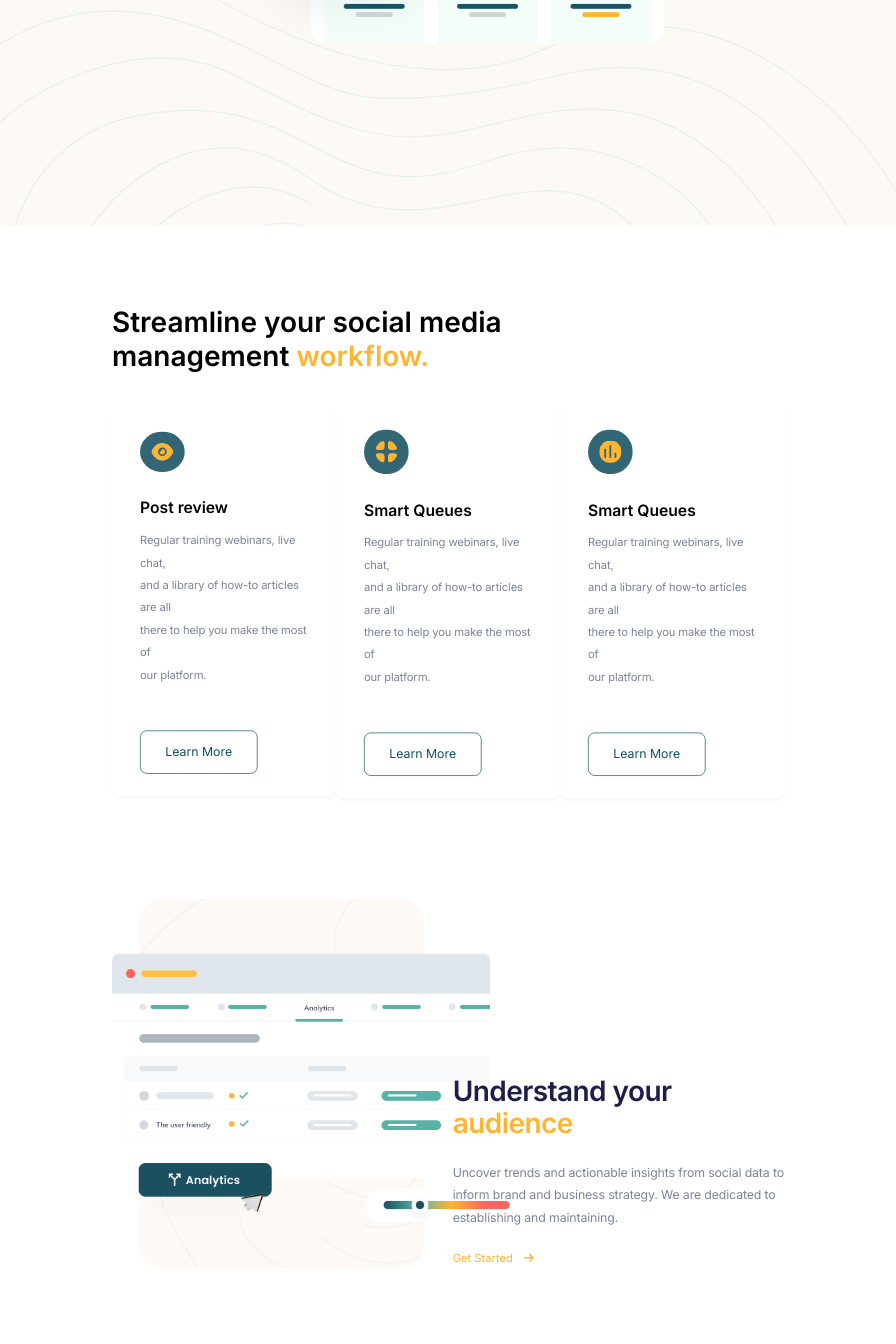
Repository: badhon252/Clickbay
Page: index.html
These files come from the project's save history. The page is drawn as it stood at one moment and after the next save; the edit follows.
The browser window is 1280 px wide. The pictures show the part of the page from y = 908 to 2828 px (the page is 2828 px tall), at 70% of full size.
The style sheet was rebuilt from its Sass, Less or Tailwind sources for each picture, by a compiler version that may differ from the author's.

Above is the page before, as saved 2022-09-05 02:54:55.

### index.html
<!DOCTYPE html>
<html lang="en">

<head>
    <meta charset="UTF-8">
    <meta http-equiv="X-UA-Compatible" content="IE=edge">
    <meta name="viewport" content="width=device-width, initial-scale=1.0">
    <!-- fontawesome cdn  -->
    <link rel="stylesheet" href="https://cdnjs.cloudflare.com/ajax/libs/font-awesome/6.2.0/css/all.min.css">
    <link rel="stylesheet" href="./scss/style.css">
    <title>Clickbay</title>
</head>

<body>
    <header class="">
        <img src="./images/Group 676.svg" alt="" class="header-img">
        <div class="container">


            <nav class="navbar">
                <div class="navbar_brand">
                    <img src="./images/logo.svg" alt="Image not found!">
                </div>

                <ul class="nav">
                    <li class="nav-items"><a href="" class="nav-links">Solutions</a></li>
                    <li class="nav-items"><a href="" class="nav-links">Company</a></li>
                    <li class="nav-items"><a href="" class="nav-links">Platform</a></li>
                </ul>

                <div class="nav-btns">
                    <button class="btn nav-log">Log in</button>
                    <button class="btn nav-start">Get Started</button>
                </div>
            </nav>

            <div class="header-content">
                <h1 class="h1 my-4 text-center">
                    Perfect media with <br> perfect Partner , we!!
                </h1>
                <img src="./images/Vector 735.png" alt="" class="signature text-center">
                <p class="text-center">Collaborate with your clients and teams to plan, post, and measure.</p>

                <div class="company-stat">
                    <div class="row">
                        <div class="col-md-4">
                            <img src="./images/Group 689.png" class="" alt="">
                        </div>
                        <div class="col-md-4 subscriber">
                            <span class="">+99</span>
                            <div>
                                <h2>People subscribed today</h2>
                                <img src="./images/Group 678.png" alt="">
                            </div>
                        </div>
                        <div class="col-md-4 follow">
                            <div class="follower">

                                <img src="./images/Group 1037.svg" alt="">
                                <div>
                                    <h3>2.938</h3>
                                    <p>Followers gained after this post</p>
                                </div>
                            </div>
                            <div class="following">
                                <img src="./images/Group 1041.svg" alt="">
                            </div>
                        </div>
                    </div>
                </div>

                <img src="./images/Group 933.png" alt="" class="group-933">

            </div>
        </div>
    </header>

    <section class="second_section container">
        <h2 class="h2 my-3">
            Streamline your social media <br> management <span> workflow.</span>
        </h2>
        <div class="row">

            <div class="card">
                <img src="./images/Show.svg" class="my-1" alt="">
                <h3 class="my-1">Post review</h3>
                <p class="my-1">Regular training webinars, live chat, <br> and a library of how-to articles are all<br>
                    there to help
                    you make
                    the most of<br> our platform.</p><button class="btn">
                    <a href="#">Learn More</a>
                </button>
            </div>

            <div class="card">
                <img src="./images/Category.svg" class="my-1" alt="">
                <h3 class="my-1">Smart Queues</h3>
                <p class="my-1">Regular training webinars, live chat, <br> and a library of how-to articles are all<br>
                    there to help
                    you make
                    the most of<br> our platform.</p><button class="btn">
                    <a href="#">Learn More</a>
                </button>
            </div>

            <div class="card">
                <img src="./images/Chart.svg" class="my-1" alt="">
                <h3 class="my-1">Smart Queues</h3>
                <p class="my-1">Regular training webinars, live chat, <br> and a library of how-to articles are all<br>
                    there to help
                    you make
                    the most of<br> our platform.</p><button class="btn">
                    <a href="#">Learn More</a>
                </button>
            </div>

        </div>

    </section>

    <section class="third_section container">
        <div class="row my-5">
            <div class="col-md-6"><img src="./images/Group 703.png" alt=""></div>
            <div class="col-md-6 third_section_texts">
                <h2 class="my-2">Understand your <br> <span> audience</span> </h2>
                <p>Uncover trends and actionable insights from social data to <br>inform brand and business strategy.
                    We are
                    dedicated to
                    <br>establishing and maintaining.
                </p>
                <div class="my-2">
                    <a href="#">Get Started<i class="fa-solid fa-arrow-right"></i></a>
                </div>
            </div>
        </div>
    </section>
</body>

</html>

### scss/style.scss
@import url("https://fonts.googleapis.com/css2?family=Inter:wght@400;600;700;800;900&display=swap");
* {
  margin: 0;
  padding: 0;
  box-sizing: border-box;
  font-family: "Inter", sans-serif;
  // font-family: 'Poppins';
}
.container {
  margin: 0 10rem;
}
.btn {
  outline: none;
  border: none;
  padding: 15px 30px;
  font-size: 1rem;
  background-color: transparent;
}
.h1 {
  font-size: 4rem;
}
.text-center {
  text-align: center;
}
// margin
.my-1 {
  margin: 1rem 0;
}
.my-2 {
  margin: 2rem 0;
}
.my-3 {
  margin: 3rem 0;
}
.my-4 {
  margin: 4rem 0;
}
.my-5 {
  margin: 5rem 0;
}

// grid system using flex

//==============================
//===================
//==============================

header {
  .row {
    display: flex;
    justify-content: space-evenly;
    align-items: center;
  }
  background-color: #fdf9f4;
  min-height: 100vh;
  position: relative;
  overflow: hidden;

  .header-img {
    position: absolute;
    bottom: 0;
    right: 0;
    z-index: 1;
    width: 100%;
  }
  .navbar {
    color: #282b4d;
    padding: 2rem 0;
    display: flex;
    justify-content: space-between;
    align-items: center;
    font-weight: 500;
    .nav {
      display: flex;
      .nav-items {
        margin-left: 3rem;
        list-style-type: none;
        .nav-links {
          text-decoration: none;
          color: black;
          font-size: 1.1rem;
          font-weight: 500;
        }
      }
    }

    .nav-start {
      border: 1px solid #1a5365;
      box-shadow: 0px 25px 35px -20px rgba(232, 236, 243, 0.5);
      border-radius: 10px;
      color: #154f61;
      font-weight: 600;
      margin-left: 10px;
    }
  }

  .header-content {
    .h1 {
      font-weight: 800;
      margin-bottom: -0.6rem;
      color: #12163c;
    }
    .signature {
      display: block;
      margin: 0 auto;
      transform: translateX(217px);
    }
    p {
      font-size: 1.2rem;
      font-weight: 500;
      line-height: 27px;
      color: #12163c94;
    }

    .company-stat {
      transform: translateY(-120px);
      .subscriber {
        display: flex;
        align-items: center;
        background-color: #fff;
        padding: 1.5rem;
        border-radius: 22px;
        span {
          font-weight: 600;
          font-size: 40px;
          line-height: 60px;
          background-color: #fef9f4;
          color: #ffb531;
          padding: 10px;
          border-radius: 15px;
          margin-right: 1.5rem;
        }
        h2 {
          font-size: 1.1rem;
          font-weight: 600;
          padding-bottom: 1rem;
        }
      }

      .follow {
        position: relative;
        z-index: 11;

        .follower {
          display: flex;
          align-items: center;
          background-color: #fff;
          padding: 1.5rem;
          border-radius: 22px;
          img {
            padding-right: 1rem;
          }
          h3 {
            font-size: 1.1rem;
          }
          p {
            font-size: 14px;
          }
        }
        .following {
          position: absolute;
          top: 42px;
          right: -70px;
        }
      }
    }

    .group-933 {
      position: relative;
      margin: 0 auto;
      top: -240px;
      display: block;
      z-index: 9999;
    }
  }
}

.second_section {
  padding: 4rem 0;
  .row {
    display: flex;
    justify-content: space-between;
    align-items: center;
  }
  h2 {
    font-size: 2.5rem;
    font-weight: 600;
    span {
      color: #ffb531;
    }
  }

  .card {
    padding: 1rem 2.5rem;
    border-radius: 10px;

    box-shadow: rgba(0, 0, 0, 0.04) 0px 3px 5px;
    &:hover {
      box-shadow: rgba(17, 17, 26, 0.05) 0px 4px 16px,
        rgba(17, 17, 26, 0.05) 0px 8px 32px;
    }
    img {
      background-color: #336675;
      padding: 1rem;
      border-radius: 50%;
    }

    h3 {
      font-size: 1.4rem;
      font-weight: 600;
      line-height: 29px;
    }

    p {
      line-height: 32px;
      letter-spacing: -0.01em;
      color: #7b8498;
      margin-bottom: 3rem;
    }

    .btn {
      border: 1px solid #1a5365;
      border-radius: 10px;
      padding: 15px 35px;
      margin: 1rem 0;
      // display: none;

      &:hover {
        background-color: #000;
      }
      &:hover a {
        background-color: #000;
        color: #fff;
      }
      a {
        text-decoration: none;
        color: #154f61;
        line-height: 30px;
        font-size: 1.1rem;
        &:hover {
          background-color: #000;
          color: #fff;
        }
      }
    }
    // &:hover .btn {
    //   display: block;
    // }
  }
}

.third_section {
  overflow: hidden;
  .row {
    display: flex;
    justify-content: space-between;
    max-width: 100%;
    .col-md-6 {
      max-width: 50%;
    }
  }
  h2 {
    color: #1e1d4c;
    font-weight: 600;
    font-size: 2.5rem;
    line-height: 46px;

    /* or 128% */
    letter-spacing: -0.02em;

    span {
      color: #ffb531;
    }
  }
  p {
    font-size: 1.1rem;
    line-height: 32px;

    /* or 200% */
    letter-spacing: -0.01em;

    color: #7b8498;
  }

  a {
    color: #ffb531;
    text-decoration: none;
    i {
      margin: 0 1rem;
    }
  }

  .third_section_texts {
    align-self: flex-end;
  }
}

After the next save:
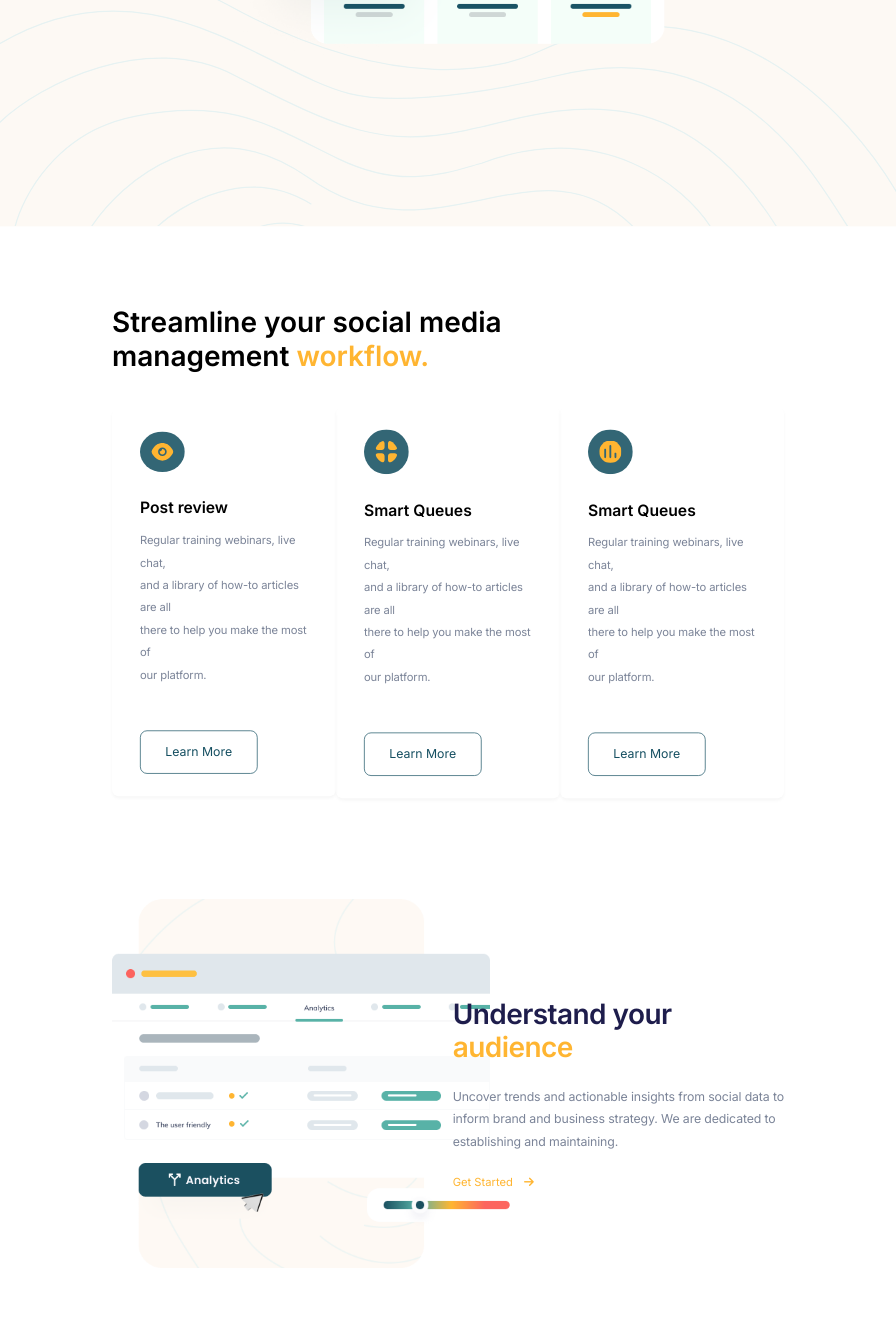
Saved 13 s later.
--- a/scss/style.scss
+++ b/scss/style.scss
@@ -291,6 +291,6 @@ header {
   }
 
   .third_section_texts {
-    align-self: flex-end;
-  }
-}
+    align-self: center;
+  }
+}
